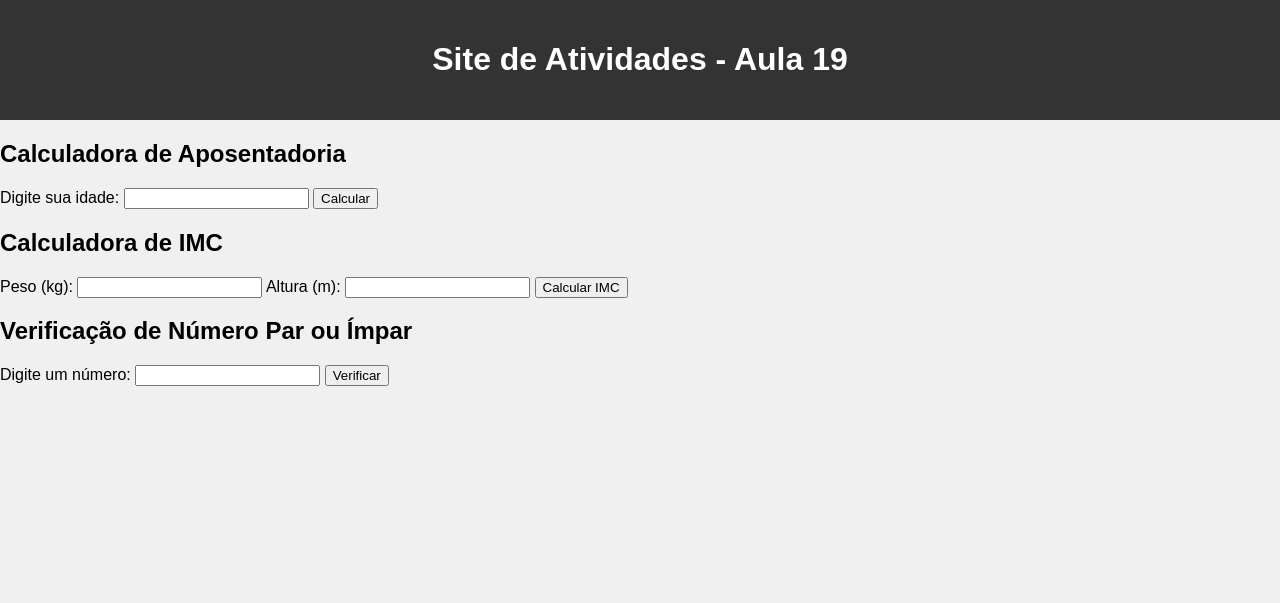
Repository: Gabrielb0rn/Java-script.io
Page: 19aula 1208/index.html
These files come from the project's save history. The page is drawn as it stood at one moment and after the next save; the edit follows.
The browser window is 1280 px wide. The pictures show the whole page.

Above is the page before, as saved 2024-08-12 08:39:42.

### 19aula 1208/index.html
<!DOCTYPE html>
<html lang="pt-BR">
<head>
    <meta charset="UTF-8">
    <meta name="viewport" content="width=device-width, initial-scale=1.0">
    <title>Site de atividades - aula 19</title>
    <link rel="stylesheet" href="assets/style.css">
</head>
<body>
    <header>
        <h1>Site de Atividades - Aula 19</h1>
    </header>

    <!-- Seção da Atividade 1: Calculadora de Aposentadoria -->
    <section>
        <h2>Calculadora de Aposentadoria</h2>
        <form class="container" id="formAposentadoria">
            <label for="idade">Digite sua idade:</label>
            <input type="number" id="idade" name="idade" required>
            <button type="submit">Calcular</button>
        </form>
        <p id="resultadoAposentadoria"></p>
    </section>

    <!-- Seção da Atividade 2: Calculadora de IMC -->
    <section>
        <h2>Calculadora de IMC</h2>
        <form class="container" id="formIMC">
            <label for="peso">Peso (kg):</label>
            <input type="number" id="peso" name="peso" required>
            <label for="altura">Altura (m):</label>
            <input type="number" id="altura" name="altura" step="0.01" required>
            <button type="submit">Calcular IMC</button>
        </form>
        <p id="resultadoIMC"></p>
    </section>

    <!-- Seção da Atividade 3: Verificação de Número Par ou Ímpar -->
    <section>
        <h2>Verificação de Número Par ou Ímpar</h2>
        <form class="container" id="formParImpar">
            <label for="numero">Digite um número:</label>
            <input type="number" id="numero" name="numero" required>
            <button type="submit">Verificar</button>
        </form>
        <p id="resultadoParImpar"></p>
    </section>

    <!-- Adicione mais seções conforme necessário -->

    <script src="assets/scripts.js"></script>
</body>
</html>

### 19aula 1208/assets/style.css
body {
    background-color: #f0f0f0;
    font-family: Arial, sans-serif;
    margin: 0;
    padding: 0;
}

header {
    background-color: #333;
    color: #fff;
    padding: 20px;
    text-align: center;
}

### 19aula 1208/assets/scripts.js
//  --------------------------------- Aposentadoria ---------------------------------------------

document.getElementById('formAposentadoria').addEventListener('submit', function(event) {
    event.preventDefault();
    const idade = document.getElementById('idade').value;
    const idadeMinimaParaAposentadoria = 65;
    let resultado;

    if (idade >= idadeMinimaParaAposentadoria) {
        resultado = "Você já pode se aposentar.";
    } else {
        const anosRestantes = idadeMinimaParaAposentadoria - idade;
        resultado = `Faltam ${anosRestantes} anos para você se aposentar.`;
    }

    document.getElementById('resultadoAposentadoria').innerText = resultado;
});

// --------------------------------- Calculadora de IMC ----------------------------------------

document.getElementById('formIMC').addEventListener('submit', function(event) {
    event.preventDefault();
    const peso = parseFloat(document.getElementById('peso').value);
    const altura = parseFloat(document.getElementById('altura').value);
    const imc = (peso / (altura * altura)).toFixed(2);
    let categoria;

    if (imc < 18.5) {
        categoria = "Abaixo do peso";
    } else if (imc < 24.9) {
        categoria = "Peso normal";
    } else if (imc < 29.9) {
        categoria = "Sobrepeso";
    } else {
        categoria = "Obesidade";
    }

    document.getElementById('resultadoIMC').innerText = `Seu IMC é ${imc} (${categoria})`;
});

// -------------------------- Verificação de Número Par ou Ímpar ------------------------------

document.getElementById('formParImpar').addEventListener('submit', function(event) {
    event.preventDefault();
    const numero = parseInt(document.getElementById('numero').value);
    const resultado = numero % 2 === 0 ? "O número é par." : "O número é ímpar.";

    document.getElementById('resultadoParImpar').innerText = resultado;
});

// ---------------------------- Adicione mais scripts conforme necessário ------------------------

After the next save:
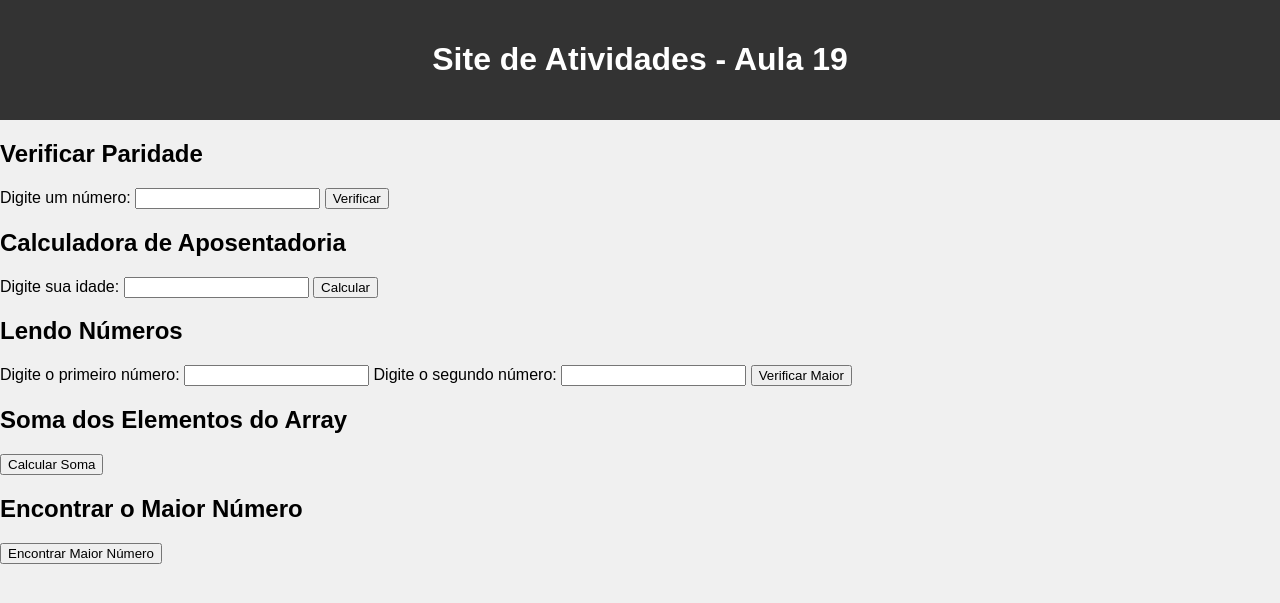
Console error: TypeError: Cannot read properties of null (reading 'addEventListener')
Saved 2 min 19 s later.
--- a/19aula 1208/index.html
+++ b/19aula 1208/index.html
@@ -11,42 +11,54 @@
         <h1>Site de Atividades - Aula 19</h1>
     </header>
 
-    <!-- Seção da Atividade 1: Calculadora de Aposentadoria -->
+    <!-- Seção da Atividade 1: Verificar Paridade -->
+    <section>
+        <h2>Verificar Paridade</h2>
+        <form class="container" id="formParidade">
+            <label for="numeroParidade">Digite um número:</label>
+            <input type="number" id="numeroParidade" name="numeroParidade" required>
+            <button type="submit">Verificar</button>
+        </form>
+        <p id="resultadoParidade"></p>
+    </section>
+
+    <!-- Seção da Atividade 2: Aposentadoria -->
     <section>
         <h2>Calculadora de Aposentadoria</h2>
         <form class="container" id="formAposentadoria">
-            <label for="idade">Digite sua idade:</label>
-            <input type="number" id="idade" name="idade" required>
+            <label for="idadeAposentadoria">Digite sua idade:</label>
+            <input type="number" id="idadeAposentadoria" name="idadeAposentadoria" required>
             <button type="submit">Calcular</button>
         </form>
         <p id="resultadoAposentadoria"></p>
     </section>
 
-    <!-- Seção da Atividade 2: Calculadora de IMC -->
+    <!-- Seção da Atividade 3: Lendo Números -->
     <section>
-        <h2>Calculadora de IMC</h2>
-        <form class="container" id="formIMC">
-            <label for="peso">Peso (kg):</label>
-            <input type="number" id="peso" name="peso" required>
-            <label for="altura">Altura (m):</label>
-            <input type="number" id="altura" name="altura" step="0.01" required>
-            <button type="submit">Calcular IMC</button>
+        <h2>Lendo Números</h2>
+        <form class="container" id="formLendoNumeros">
+            <label for="numero1">Digite o primeiro número:</label>
+            <input type="number" id="numero1" name="numero1" required>
+            <label for="numero2">Digite o segundo número:</label>
+            <input type="number" id="numero2" name="numero2" required>
+            <button type="submit">Verificar Maior</button>
         </form>
-        <p id="resultadoIMC"></p>
+        <p id="resultadoLendoNumeros"></p>
     </section>
 
-    <!-- Seção da Atividade 3: Verificação de Número Par ou Ímpar -->
+    <!-- Seção da Atividade 4: Soma dos Elementos do Array -->
     <section>
-        <h2>Verificação de Número Par ou Ímpar</h2>
-        <form class="container" id="formParImpar">
-            <label for="numero">Digite um número:</label>
-            <input type="number" id="numero" name="numero" required>
-            <button type="submit">Verificar</button>
-        </form>
-        <p id="resultadoParImpar"></p>
+        <h2>Soma dos Elementos do Array</h2>
+        <button id="calcularSoma">Calcular Soma</button>
+        <p id="resultadoSoma"></p>
     </section>
 
-    <!-- Adicione mais seções conforme necessário -->
+    <!-- Seção da Atividade 5: Encontrar o Maior Número -->
+    <section>
+        <h2>Encontrar o Maior Número</h2>
+        <button id="encontrarMaior">Encontrar Maior Número</button>
+        <p id="resultadoMaior"></p>
+    </section>
 
     <script src="assets/scripts.js"></script>
 </body>
